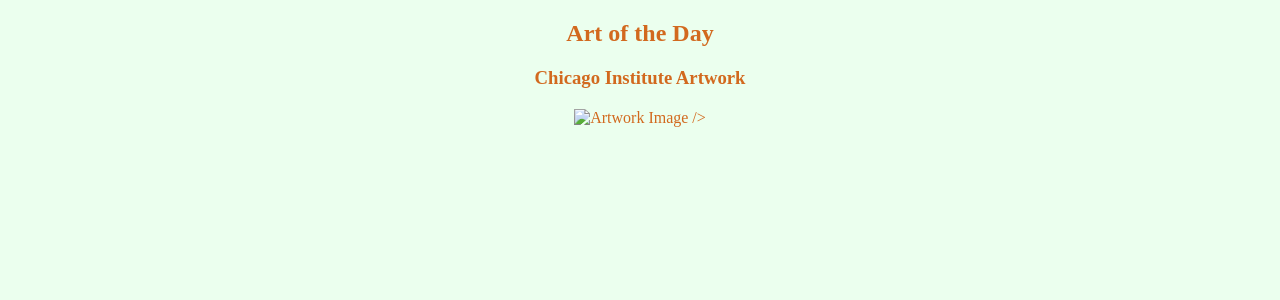
Repository: Bearandbird/amber-hinojos-API-project-haumea
Page: index.html
The author's editor kept a copy of each file at every save. The page is drawn from the files as they stood at one save, then again after the next save.
The browser window is 1280 px wide. The pictures show the whole page.

Above is the page before, as saved 2024-05-14 22:23:28.
Console error: TypeError: Cannot read properties of null (reading 'querySelector')

### index.html
<!DOCTYPE html>
<html lang="en">

<head>
    <link rel="stylesheet" href="./index.css"/>
    <meta charset="UTF-8" />
    <meta name="viewport" content="width=device-width, initial-scale=1.0" />
    <title> Art Work Website</title>

</head>

<body>
    <section id="artwork">
        <h1>Art of the Day</h1>
        <div id= "artwork-container"
    </section>

    <section id="artworkSection">
        <h1 id="artworkName">Chicago Institute Artwork</h1>
        <h2 id="artworkTitle"></h2>
        <h2 id="artistTitleId"></h2>
        <img id="artworkImage"
        <img id="artworkImage" alt="Artwork Image" />
        />

<script src="./index.js"></script>

</body>

</html>

### index.css
body {
    background-color: rgb(235, 255, 238);
    text-align: center;
    color: chocolate;
}

img {
    max-width: 30rem;
    margin-left: auto;
    margin-right: auto;
}

### index.js
const projectsSection = document.querySelector("#Projects");
const projectsList = projectsSection.querySelector("ul");

fetch("https://api.github.com/users/Bearandbird/repos")
  .then((res) => {
    if (!res.ok) {
      throw new Error("Error fetching data");
    }
    return res.json();
  })
  .then((data) => {
    for (let i = 0; i < data.length; i++) {
      const project = document.createElement("li");
      project.innerText = data[i].name;
      projectsList.appendChild(project);
    }
  })
  .catch((error) => {
    const errorElement = document.createElement("p");
    errorElement.innerText = error.message;
    projectsSection.appendChild(errorElement);
  });



artworkIds = [869,2189,2816,4081,4428,4575,4758,4773,4788,4796,4884,5357,5848,6565,6596,7021,7124,8624,8633,8958,8991,9010,9503,9512,11272,11320,11393,11434,11723,13720,13853,14572,14574,14591,14598,14655,14968,15401,15468,15563,16146,16169,16231,16298,16327,16362,16487,16488,16499,16551,16568,16571,16776,16964,18709,18757,19339,20432,20579,20684,21023,23333,23506,23684,23700,23972,24306,24548,24645,24836,25332,25853,25865,27307,27310,27984,27987,27992,28067,28560,28849,30709,30839,31285,34116,34181,34286,34299,35198,35376,36132,36161,37368,37761,38930,40619,42566,43060,43145,43714,44018,44741,44892,46230,46327,47149,49195,49686,49691,49702,49714,50148,50157,50276,50330,50909,51185,52560,52679,52736,53001,55249,55384,55706,56682,56731,56905,57051,57819,58540,59426,59787,59847,60031,60755,60812,61128,61428,61603,61608,62042,62371,63178,63234,63554,64276,64339,64724,64729,64818,64884,65290,65868,65916,66039,66434,66683,68769,68823,69109,69780,70003,70202,70207,70443,70739,71396,71829,72726,72728,72801,73216,73413,73417,75644,76054,76240,76244,76279,76295,76395,76571,76779,76816,76869,79307,79379,79507,79600,80062,80084,80479,80607,81512,81558,81564,83642,83889,83905,84241,84709,85533,86340,86385,86421,87045,87163,87479,87643,88724,88793,88977,89403,89856,90048,90300,90443,90536,90583,91194,91620,93345,93811,93900,95998,97402,97910,97916,99539,99602,99766,100079,100089,100250,100472,100829,100858,102131,102234,102295,102591,102611,102963,103347,103887,103943,104031,104043,104094,105073,105105,105203,105466,105800,106538,107069,107300,109275,109330,109439,109686,109780,109819,109926,110507,110634,110663,110881,111060,111164,111317,111377,111380,111400,111401,111436,111442,111559,111610,111617,111628,111642,111654,111810,112092,117188,117266,117271,118661,118746,119454,119521,120154,122054,125660,126981,127644,127859,129884,131385,131541,135430,137125,140645,142526,144272,144361,144969,145681,146701,146905,146953,146988,146989,146991,147003,147508,147513,148412,149681,149776,150054,150739,151358,151363,151371,151424,153244,153701,154232,154235,154237,154238,155969,156442,156474,156538,157056,157156,157160,159136,159824,160144,160201,160222,160226,180298,181091,181145,181774,182728,183077,183277,184095,184186,184193,184324,184362,184371,184672,185180,185184,185222,185619,185651,185760,185766,185905,185963,186047,186049,186392,187155,187165,187528,188540,188844,188845,189207,189289,189290,189595,189600,189715,189775,189807,189932,190224,190558,191197,191371,191454,191556,192689,192890,193664,196323,198809,199002,199854,207293,210482,210511,217201,218612,220179,220272,221885,223309,225016,227420,229351,229354,229393,229406,229510,229866,230189,234004,234433,234781,234972,238749]

//Randomly generate an index into the array to get a valid artwork id
const randomInt = Math.floor(Math.random() * 423);
const randomId = artworkIds[randomInt];
console.log(randomId);
const url = `https://api.artic.edu/api/v1/artworks/${randomId}`;
console.log(url);

//fetch the url and if the data exists for the id, get info about the artwork and the art
fetch(url)
  .then((response) => {
    if (!response.ok) {
      throw new Error("Request failed");
    }
    return response.json(); // Parse the response as JSON
  })

  //Artwork was found!
  .then((data) => {

    //Get info about artwork
    console.log(data);
    const artwork = data.data;
    console.log(artwork);
    const title = artwork.title;
    console.log(artwork.title);
    const artistTitle = artwork.artist_title;
    console.log(artistTitle);
    const artworkImageID = artwork.image_id;
    console.log(artworkImageID);

    //Add the title to the html
    const artworkTitle = document.getElementById("artworkTitle");
    console.log(artworkTitle);
    artworkTitle.innerHTML = `Title: ${title}`;

    //If artist information is available, then add it to the html
    if (artistTitle != null) {
      const artistTitleElement = document.getElementById("artistTitleId");
      console.log(artistTitleElement);
      artistTitleElement.innerHTML = `Artist: ${artistTitle}`;
    }

    //Get the artwork image for the image id
    artworkSrcString = `https://www.artic.edu/iiif/2/${artworkImageID}/full/843,/0/default.jpg`;
    console.log(artworkSrcString);

    //Add it to the img block
    const artworkImage = document.getElementById("artworkImage");
    artworkImage.setAttribute("src", artworkSrcString);

    console.log(artworkSrcString);
  })
  .catch((error) => {
    console.error(`Image ${randomId} not found`, error);

  });

After the next save:
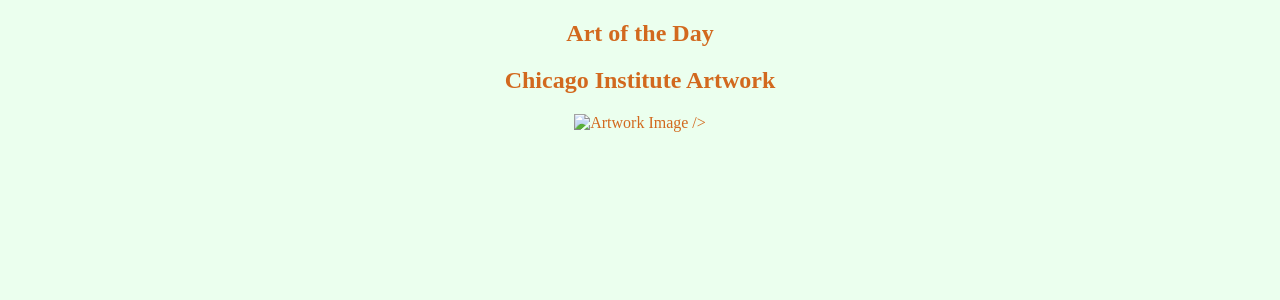
Saved 33 s later.
--- a/index.html
+++ b/index.html
@@ -12,7 +12,9 @@
 <body>
     <section id="artwork">
         <h1>Art of the Day</h1>
-        <div id= "artwork-container"
+        <div id= "artwork-container">
+
+        </div>
     </section>
 
     <section id="artworkSection">
